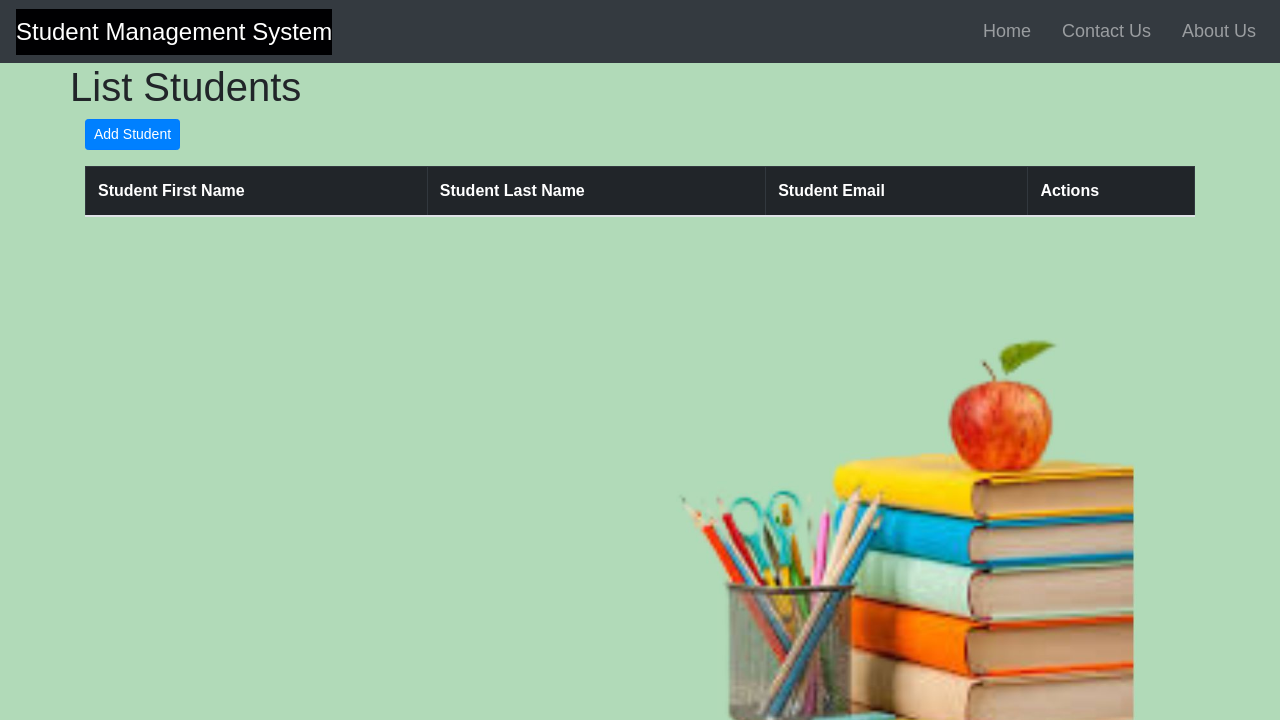
Repository: marthamutsvandiani/student_management_system
Page: http://localhost/Students
The author's editor kept a copy of each file at every save. The page is drawn from the files as they stood at one save, then again after the next save.
The browser window is 1280 px wide. The pictures show the whole page.
The page is this project's Thymeleaf template; nobody is signed in. The template is opened directly, without the code that normally fills it, so the values that code supplies are empty.

Above is the page before, as saved 2024-11-01 15:03:31.

After the next save:
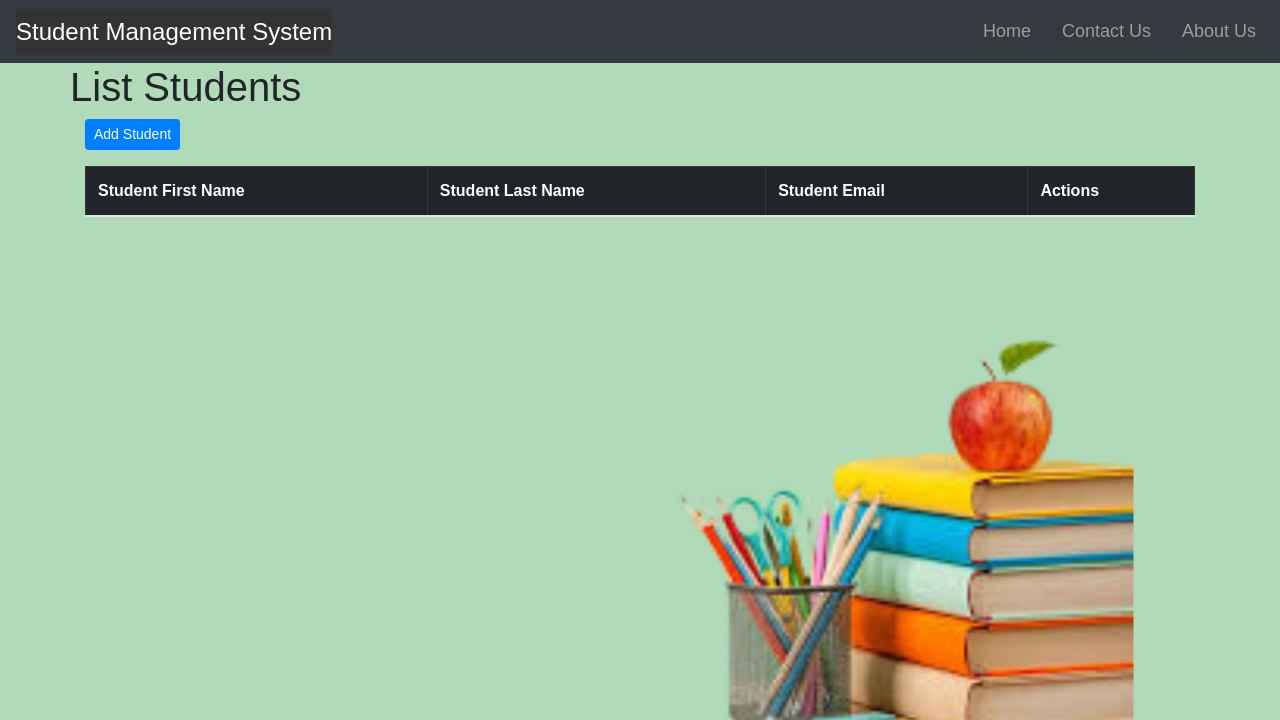
Saved 48 s later.
--- a/studentmanagementsystem/src/main/resources/static/css/styles.css
+++ b/studentmanagementsystem/src/main/resources/static/css/styles.css
@@ -55,7 +55,7 @@ body {
 
 .navbar-brand {
     font-size: 24px; /* Increases the brand font size */
-	background-color:rgb(0, 0, 2);
+	background-color: #333;
 }
 
 
